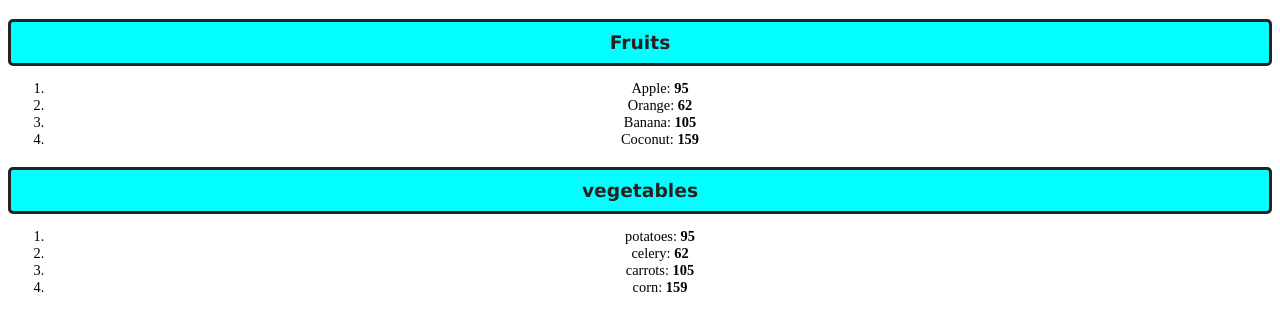
Repository: wakoya-tech/my-react-practice
Page: /
The author's editor kept a copy of each file at every save. The page is drawn from the files as they stood at one save, then again after the next save.
The browser window is 1280 px wide. The pictures show the whole page.
The project was rebuilt for these pictures with package versions that can differ from the ones it lists, and the page was loaded fresh each time. Also part of the build but not shown: vite.config.js.

Above is the page before, as saved 2025-10-01 17:06:15.

### src/index.css
.list-category{
  font-family: Verdana, Geneva, Tahoma, sans-serif;
  text-align: center;
  border: 3px solid;
  margin-bottom: 12px;
  color: rgb(39, 34, 34);
  background-color: aqua;
  padding: 10px;
  border-radius: 5px;
}
.list-items{
  text-align: center;
  font-size: 0.9rem;
}

### src/App.jsx
import List from "./List";

function App() {
  const fruits = [
    { id: 1, name: "Apple", calories: 95 },
    { id: 2, name: "Orange", calories: 62 },
    { id: 3, name: "Banana", calories: 105 },
    { id: 4, name: "Coconut", calories: 159 }
  ];
  const vegetables = [
    { id: 6, name: "potatoes", calories: 95 },
    { id: 7, name: "celery", calories: 62 },
    { id: 8, name: "carrots", calories: 105 },
    { id: 9, name: "corn", calories: 159 }
  ];
  return (
    <div>
      <List items={fruits} category="Fruits" />
      <List items={vegetables} category="vegetables" />
    </div>
  );
}

export default App;

### src/List.jsx
function List(props) {
    const itemList = props.items;   // ✅ Correct: items is the array
    const category = props.category;

    const listItems = itemList.map(item => (
      <li key={item.id}>
        {item.name}: <b>{item.calories}</b>
      </li>
    ));

    return (
      <>
        <h3 className="list-category">{category}</h3>
        <ol className="list-items">
          {listItems}
        </ol>
      </>
    );
  }

  export default List;

Loaded but not shown: index.html (common file); src/main.jsx (common file)

After the next save:
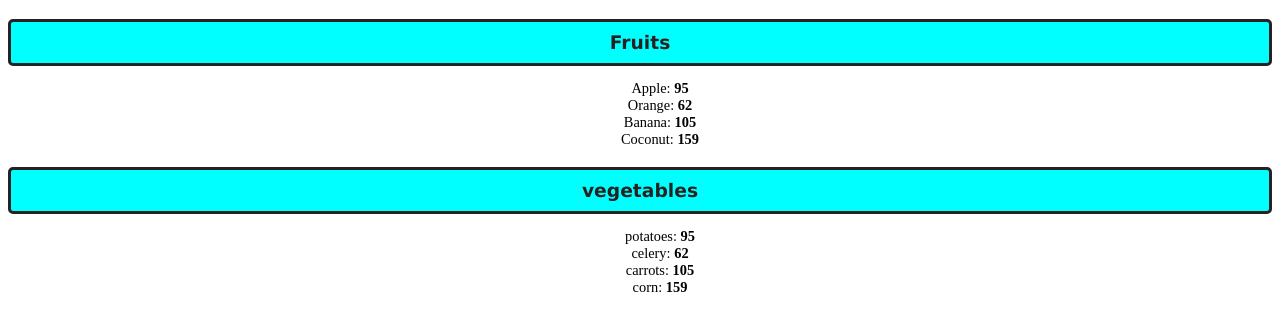
Saved 17 s later.
--- a/src/index.css
+++ b/src/index.css
@@ -11,4 +11,5 @@
 .list-items{
   text-align: center;
   font-size: 0.9rem;
+  list-style: none;
 }
